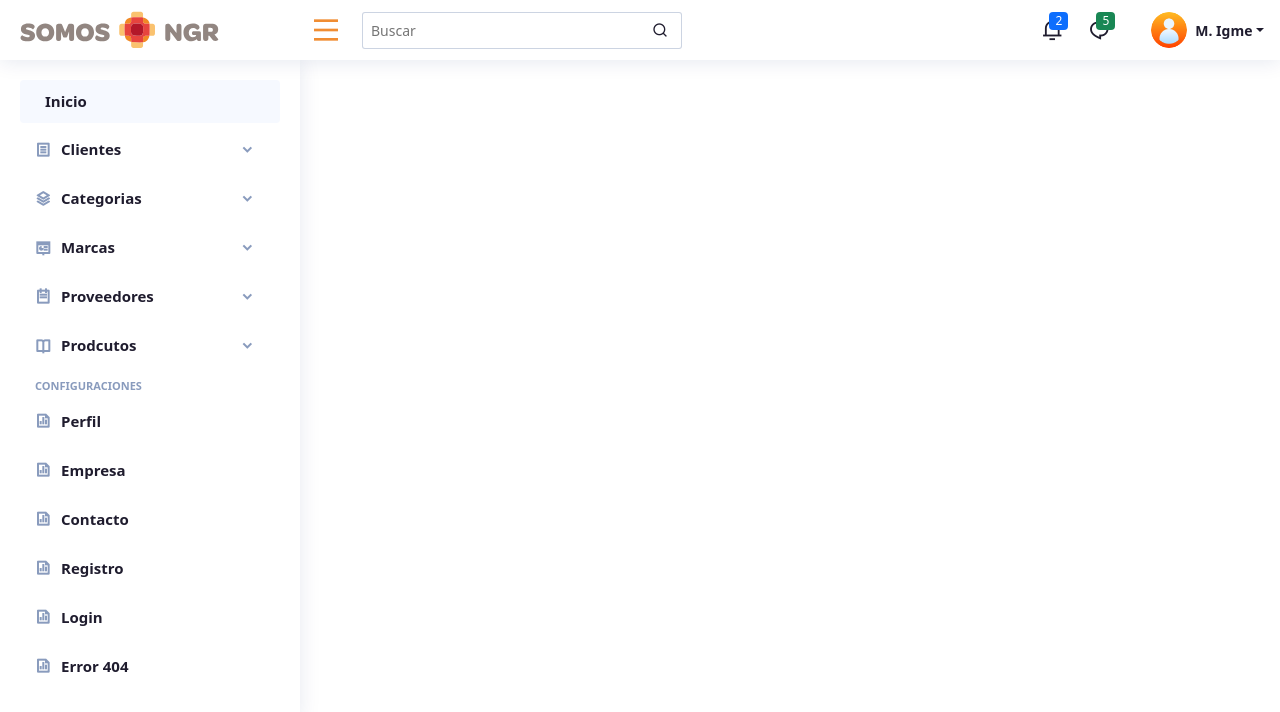
Repository: igmeMarcial/ProyectoLP-2023
Page: http://localhost/proyectoLP_2023/Main.jsp
An editor plug-in stored every save of this project. The page is shown before and after the next save, followed by the edit.
The browser window is 1280 px wide. The pictures show the whole page.
The page is served by Tomcat 9. Other server files are loaded and not shown.

Above is the page before, as saved 2023-03-18 19:29:41.

### proyectoLP_2023/WebContent/Main.jsp
<%@ page language="java" contentType="text/html; charset=ISO-8859-1"
    pageEncoding="ISO-8859-1"%>
<!DOCTYPE html PUBLIC "-//W3C//DTD HTML 4.01 Transitional//EN" "http://www.w3.org/TR/html4/loose.dtd">
<html>
<head>
	<meta charset="UTF-8">
    <meta http-equiv="X-UA-Compatible" content="IE=edge">
    <meta name="viewport" content="width=device-width, initial-scale=1.0">
	<link rel="preconnect" href="https://fonts.googleapis.com">
	<link rel="preconnect" href="https://fonts.gstatic.com" crossorigin>
	<link href="https://fonts.googleapis.com/css2?family=Roboto:wght@300;400;500;700;900&display=swap" rel="stylesheet">
	<link rel="stylesheet" type="text/css" href="./css/main.css" />
	<link href="https://cdn.jsdelivr.net/npm/bootstrap@5.0.2/dist/css/bootstrap.min.css" rel="stylesheet" integrity="sha384-EVSTQN3/azprG1Anm3QDgpJLIm9Nao0Yz1ztcQTwFspd3yD65VohhpuuCOmLASjC" crossorigin="anonymous">
	 <link href="https://cdn.jsdelivr.net/npm/remixicon@2.5.0/fonts/remixicon.css" rel="stylesheet">
	<title>Principal</title>
</head>
<body>
	 <!-- ======= Header(Cabezera) ======= -->
<header id="header" class="header fixed-top d-flex align-items-center">

    <div class="d-flex align-items-center justify-content-between">
      <a href="index.html" class="logo d-flex align-items-center text-decoration-none">
        <img class="logoImg1 d-none d-lg-block" src="./img/logo-somosngr.svg" alt="">
        <img class="logoImg2 d-block d-lg-none" src="./img/logo-ngr.png" alt="">
        <span class="d-none d-lg-block"></span>
      </a>
      <i class="ri-menu-fill toggle-sidebar-btn"></i>
    </div>
    <!-- Fin Logo -->
		<!-- Input para Buscar jeje-->
    <div class="search-bar">
      <form class="search-form d-flex align-items-center" method="POST" action="#">
        <input type="text" name="query" placeholder="Buscar" title="Enter search keyword">
        <button type="submit" title="Buscar"><i class="ri-search-line"></i></button>
      </form>
    </div><!-- Fin Buscar  -->

    <nav class="header-nav ms-auto">
      <ul class="d-flex align-items-center">

        <li class="nav-item d-block d-lg-none">
          <a class="nav-link nav-icon search-bar-toggle p-0" href="#">
            <i class="ri-search-line"></i>
          </a>
        </li><!-- Fin Buscar Icon-->

        <li class="nav-item dropdown">

		  <a class="nav-link nav-icon p-0" href="#" data-bs-toggle="dropdown" id="noti" aria-expanded="false">
            <i class="ri-notification-3-line"></i>
            <span class="badge bg-primary badge-number">2</span>
          </a><!-- End Notification Icon -->
		   <ul class="dropdown-menu dropdown-menu-end dropdown-menu-arrow notificaciones" aria-labelledby="noti">
           	  <li><a class="dropdown-item" href="#">Action</a></li>
    		<li><a class="dropdown-item" href="#">Another action</a></li>
    		<li><a class="dropdown-item" href="#">Something else here</a></li>

          </ul><!-- Final notificación Dropdown Items -->



        </li><!-- Final Notification Nav -->

        <li class="nav-item dropdown">

          <a class="nav-link nav-icon p-0" href="#" data-bs-toggle="dropdown">
            <i class="ri-chat-1-line"></i>
            <span class="badge bg-success badge-number">5</span>
          </a><!-- Final mensajes Icon -->

          <ul class="dropdown-menu dropdown-menu-end dropdown-menu-arrow messages">
             <li><a class="dropdown-item" href="#">Action</a></li>
    		<li><a class="dropdown-item" href="#">Another action</a></li>
    		<li><a class="dropdown-item" href="#">Something else here</a></li>

          </ul><!-- Final Mensajes Dropdown Items -->

        </li><!--Final Mensajes Nav -->

        <li class="nav-item dropdown pe-3">

          <a class="nav-link nav-profile d-flex align-items-center pe-0" href="#" data-bs-toggle="dropdown">
            <img src="./img/userImg.png" alt="Profile" class="rounded-circle">
            <span class="d-none d-md-block dropdown-toggle ps-2">M. Igme</span>
          </a><!-- End Profile Iamge Icon -->

          <ul class="dropdown-menu dropdown-menu-end dropdown-menu-arrow profile">
            <li class="dropdown-header">
              <h6>Marcial Igme</h6>
              <span>Administrador</span>
            </li>
            <li>
              <hr class="dropdown-divider">
            </li>

            <li>
              <a class="dropdown-item d-flex align-items-center" href="users-profile.html">
                <i class="ri-settings-2-line"></i>
                <span>My Perfil</span>
              </a>
            </li>
            <li>
              <hr class="dropdown-divider">
            </li>

            <li>
              <a class="dropdown-item d-flex align-items-center" href="users-profile.html">
                <i class="ri-settings-2-line"></i>
                <span>Configuración</span>
              </a>
            </li>
            <li>
              <hr class="dropdown-divider">
            </li>

            <li>
              <a class="dropdown-item d-flex align-items-center" href="pages-faq.html">
                <i class="ri-settings-2-line"></i>
                <span>Ayuda?</span>
              </a>
            </li>
            <li>
              <hr class="dropdown-divider">
            </li>

            <li>
              <a class="dropdown-item d-flex align-items-center" href="#">
                <i class="ri-settings-2-line"></i>
                <span>Salir</span>
              </a>
            </li>

          </ul><!-- Final Perfil Dropdown Items -->
        </li><!--Final Profile Nav -->

      </ul>
    </nav><!-- Final Icons Navigation -->

</header>
<!-- Final Header -->
<aside id="sidebar" class="sidebar">

    <ul class="sidebar-nav" id="sidebar-nav">

      <li class="nav-item">
        <a class="nav-link " href="index.html">
          <i class="bi bi-grid"></i>
          <span>Inicio</span>
        </a>
      </li><!-- final Dashboard Nav -->

      <li class="nav-item">
        <a class="nav-link collapsed" data-bs-target="#components-nav" data-bs-toggle="collapse" href="#">
          <i class="ri-file-list-line"></i><span>Clientes</span><i class="ri-arrow-down-s-line ms-auto"></i>


        </a>
        <ul id="components-nav" class="nav-content collapse " data-bs-parent="#sidebar-nav">
          <li>
            <a href="components-alerts.html">
              <i class="ri-group-fill"></i><span>Listado Clientes</span>
            </a>
          </li>
          <li>
            <a href="components-accordion.html">
              <i class="ri-group-fill"></i><span>Agregar Nuevo Cliente</span>
            </a>
          </li>
          <li>
            <a href="components-badges.html">
             	<i class="ri-group-fill"></i><span>Buscar Cliente</span>
            </a>
          </li>
          <li>
            <a href="components-breadcrumbs.html">
              <i class="ri-group-fill"></i><span>ActualizarClientes</span>
            </a>
          </li>
        </ul>
      </li><!-- Final componentes Nav -->

      <li class="nav-item">
        <a class="nav-link collapsed" data-bs-target="#forms-nav" data-bs-toggle="collapse" href="#">
          <i class="ri-stack-line"></i><span>Categorias</span><i class="ri-arrow-down-s-line ms-auto"></i>
        </a>
        <ul id="forms-nav" class="nav-content collapse " data-bs-parent="#sidebar-nav">
          <li>
            <a href="forms-elements.html">
              <i class="bi bi-circle"></i><span>Agregar Categoria</span>
            </a>
          </li>
          <li>
            <a href="forms-layouts.html">
              <i class="bi bi-circle"></i><span>Actualizar Categoria</span>
            </a>
          </li>
          <li>
            <a href="forms-editors.html">
              <i class="bi bi-circle"></i><span>Listar Categoria</span>
            </a>
          </li>
        </ul>
      </li><!-- Final Formulario Nav -->

      <li class="nav-item">
        <a class="nav-link collapsed" data-bs-target="#tables-nav" data-bs-toggle="collapse" href="#">
          <i class="ri-slideshow-line"></i><span>Marcas</span><i class="ri-arrow-down-s-line ms-auto"></i>
        </a>
        <ul id="tables-nav" class="nav-content collapse " data-bs-parent="#sidebar-nav">
          <li>
            <a href="#">
              <i class="bi bi-circle"></i><span>Agregar Marca</span>
            </a>
          </li>
          <li>
            <a href="#">
              <i class="bi bi-circle"></i><span>Actualizar Marca</span>
            </a>
          </li>
           <li>
            <a href="#">
              <i class="bi bi-circle"></i><span>Listar Marca</span>
            </a>
          </li>
        </ul>
      </li><!-- End Tables Nav -->

      <li class="nav-item">
        <a class="nav-link collapsed" data-bs-target="#charts-nav" data-bs-toggle="collapse" href="#">
          <i class="ri-todo-line"></i><span>Proveedores</span><i class="ri-arrow-down-s-line ms-auto"></i>
        </a>
        <ul id="charts-nav" class="nav-content collapse " data-bs-parent="#sidebar-nav">
          <li>
            <a href="#">
              <i class="bi bi-circle"></i><span>Agregar Proveedor</span>
            </a>
          </li>
          <li>
            <a href="#">
              <i class="bi bi-circle"></i><span>Actuzalir Porveedor</span>
            </a>
          </li>
          <li>
            <a href="#">
              <i class="bi bi-circle"></i><span>Listar Proveedor</span>
            </a>
          </li>
        </ul>
      </li><!-- End Charts Nav -->

      <li class="nav-item">
        <a class="nav-link collapsed" data-bs-target="#icons-nav" data-bs-toggle="collapse" href="#">
          <i class="ri-book-open-line"></i><span>Prodcutos</span><i class="ri-arrow-down-s-line ms-auto"></i>
        </a>
        <ul id="icons-nav" class="nav-content collapse " data-bs-parent="#sidebar-nav">
          <li>
            <a href="icons-bootstrap.html">
              <i class="bi bi-circle"></i><span>Agreagr Producto</span>
            </a>
          </li>
          <li>
            <a href="icons-remix.html">
              <i class="bi bi-circle"></i><span>Actualizar Producto</span>
            </a>
          </li>
          <li>
            <a href="icons-boxicons.html">
              <i class="bi bi-circle"></i><span>Buscar Prodcuto</span>
            </a>
          </li>
        </ul>
      </li><!-- Final iconos Nav -->

      <li class="nav-heading">Configuraciones</li>

      <li class="nav-item">
        <a class="nav-link collapsed" href="#">
          <i class="ri-file-chart-line"></i>
          <span>Perfil</span>
        </a>
      </li><!-- Final Profile Page Nav -->

      <li class="nav-item">
        <a class="nav-link collapsed" href="#">
          <i class="ri-file-chart-line"></i>
          <span>Empresa</span>
        </a>
      </li><!-- End F.A.Q Page Nav -->

      <li class="nav-item">
        <a class="nav-link collapsed" href="#">
          <i class="ri-file-chart-line"></i>
          <span>Contacto</span>
        </a>
      </li><!-- Final Contact Page Nav -->

      <li class="nav-item">
        <a class="nav-link collapsed" href="#">
          <i class="ri-file-chart-line"></i>
          <span>Registro</span>
        </a>
      </li><!-- Final Registro Page Nav -->

      <li class="nav-item">
        <a class="nav-link collapsed" href="#">
          <i class="ri-file-chart-line"></i>
          <span>Login</span>
        </a>
      </li><!-- Final Login Page Nav -->

      <li class="nav-item">
        <a class="nav-link collapsed" href="#">
         <i class="ri-file-chart-line"></i>
          <span>Error 404</span>
        </a>
      </li>
    </ul>

</aside><!-- Final Sidebar-->
   <!-- ======= Contenido principal======= -->
<main id="" class="main main-principal">

 wwwwwwwwwww
</main>
   <!-- ======= Footer ======= -->
  <!--
<footer id="footer" class="footer">
    <div class="copyright">
      &copy; Copyright <strong><span>Igme</span></strong>. Todos los derechos reservados
    </div>
    <div class="credits">

    </div>
</footer>-->
<!-- End Footer -->

<a href="#" class="back-to-top d-flex align-items-center justify-content-center"><i class="bi bi-arrow-up-short"></i></a>
   <!-- Sistema JS Files -->

  <script src="https://cdn.jsdelivr.net/npm/bootstrap@5.0.2/dist/js/bootstrap.bundle.min.js" integrity="sha384-MrcW6ZMFYlzcLA8Nl+NtUVF0sA7MsXsP1UyJoMp4YLEuNSfAP+JcXn/tWtIaxVXM" crossorigin="anonymous"></script>


  <script src="./script/main.js" type="text/javascript"></script>
</body>
</html>

Loaded but not shown: proyectoLP_2023/WebContent/img/logo-somosngr.svg (22 lines, source omitted); proyectoLP_2023/WebContent/script/main.js (27 lines, source omitted); proyectoLP_2023/WebContent/css/main.css (1076 lines, source omitted)

After the next save:
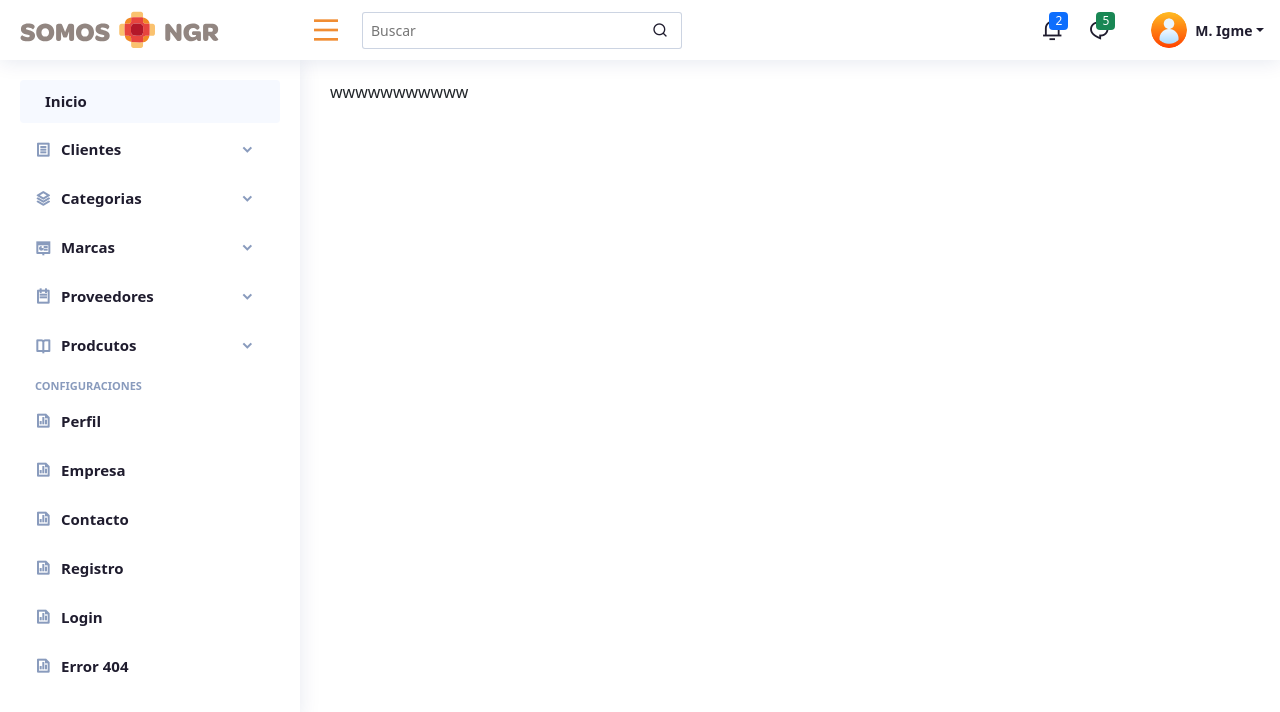
Saved 80 s later.
--- a/proyectoLP_2023/WebContent/Main.jsp
+++ b/proyectoLP_2023/WebContent/Main.jsp
@@ -318,7 +318,7 @@
 
 </aside><!-- Final Sidebar-->
    <!-- ======= Contenido principal======= -->
-<main id="" class="main main-principal">
+<main id="main" class="main main-principal">
 
  wwwwwwwwwww
 </main>
